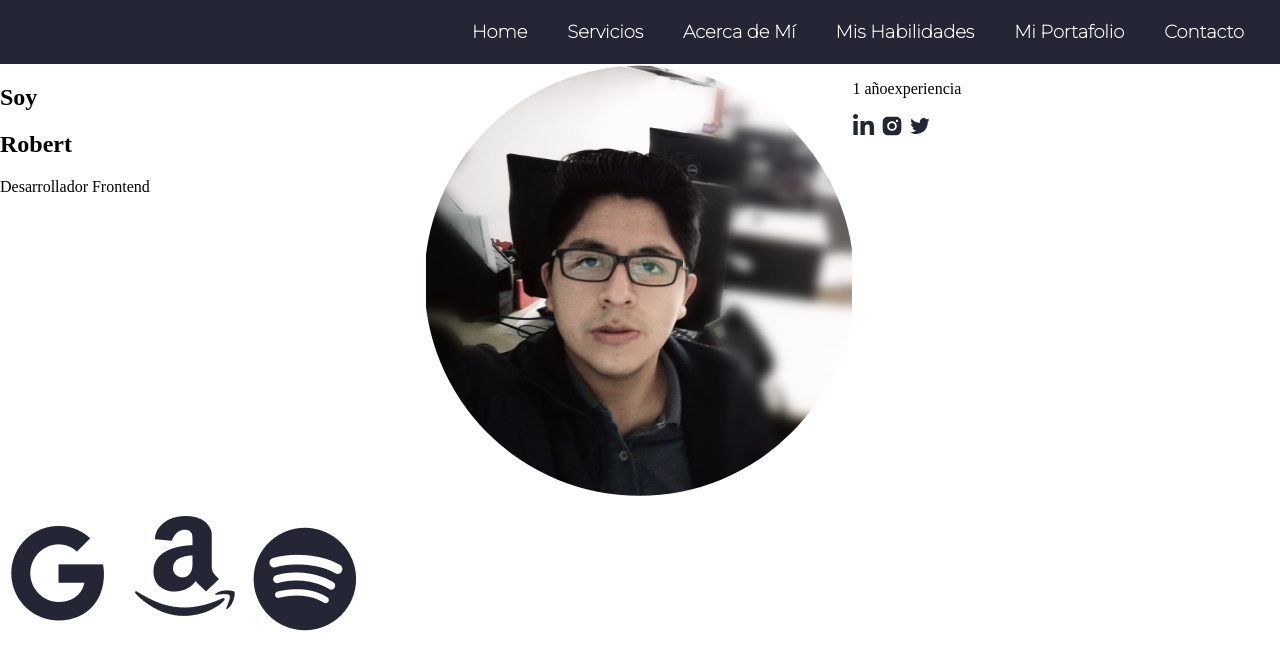
Repository: RobertAries28/PortafolioRobertEscalanteGomez2022
Page: index.html
These files come from the project's save history. The page is drawn as it stood at one moment and after the next save; the edit follows.
The browser window is 1280 px wide. The pictures show the whole page.

Above is the page before, as saved 2022-02-15 10:56:01.

After the next save:
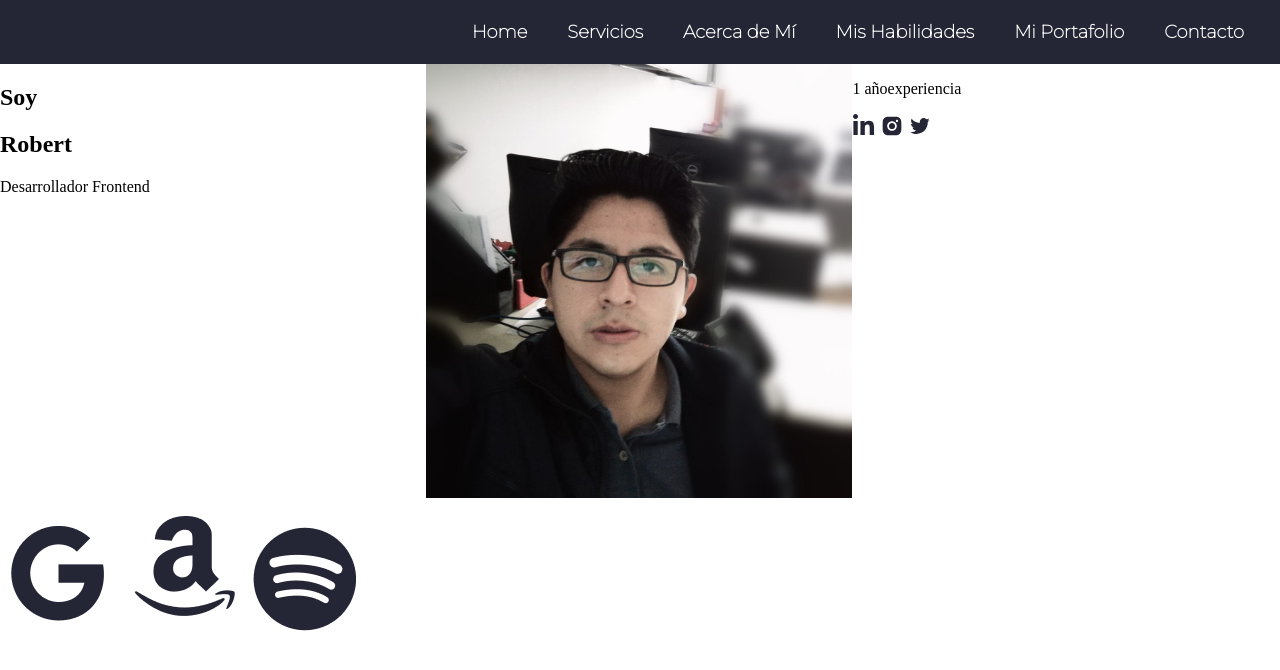
Saved 15 s later.
--- a/estilos.css
+++ b/estilos.css
@@ -54,7 +54,7 @@
 
 .section-imagen img{
     width: 100%;
-    clip-path: circle(50%);
+
     z-index: -1;
 }
 
